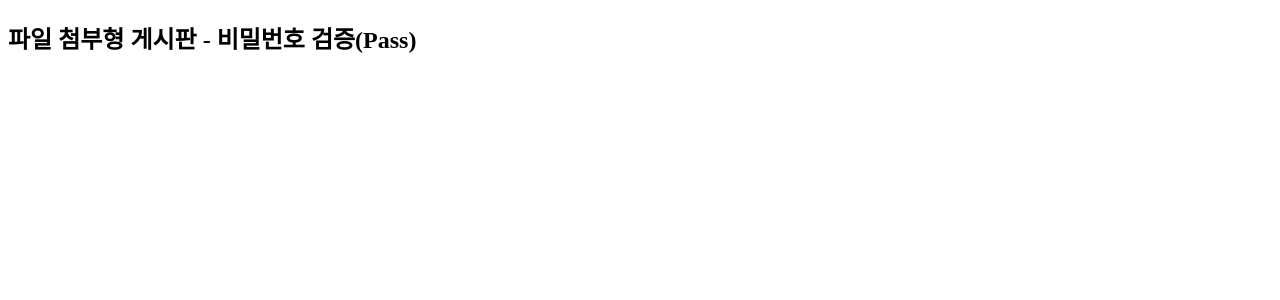
Repository: Park-Dongheon/Servlet-JSP_Training
Page: http://localhost/MustHaveJSP/14MVCBoard/Pass.jsp
An editor plug-in stored every save of this project. The page is shown before and after the next save, followed by the edit.
The browser window is 1280 px wide. The pictures show the whole page.
The page is served by Tomcat 10.

Above is the page before, as saved 2024-06-28 06:14:37.

After the next save:
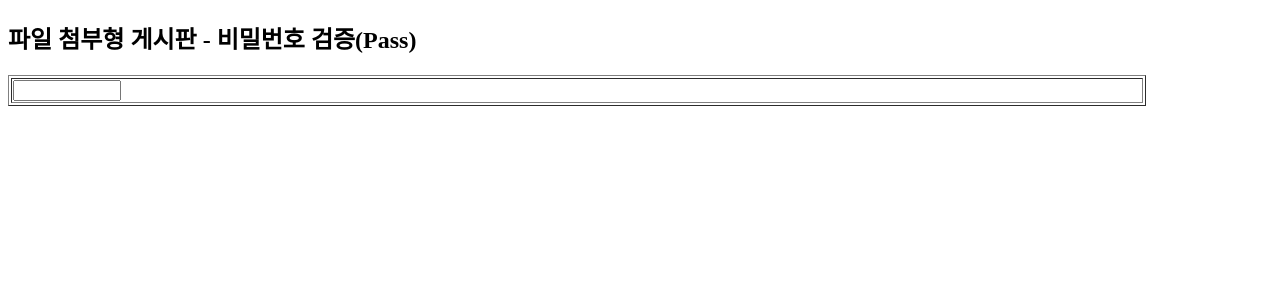
Saved 2 min 2 s later.
--- a/MustHaveJSP/src/main/webapp/14MVCBoard/Pass.jsp
+++ b/MustHaveJSP/src/main/webapp/14MVCBoard/Pass.jsp
@@ -21,6 +21,13 @@
 	<form name="writeFrm" method="post" action="../mvcboard/pass.do" onsubmit="return validateForm(this);">
 		<input type="hidden" name="idx" value="${ param.idx }" />
 		<input type="hidden" name="mode" value="${ param.mode }" />
+		<table border="1" width="90%">
+			<tr>
+				<td>
+					<input type="password" name="pass" style="width:100px;" />
+				</td>
+			</tr>
+		</table>
 	</form>
 </body>
 </html>
